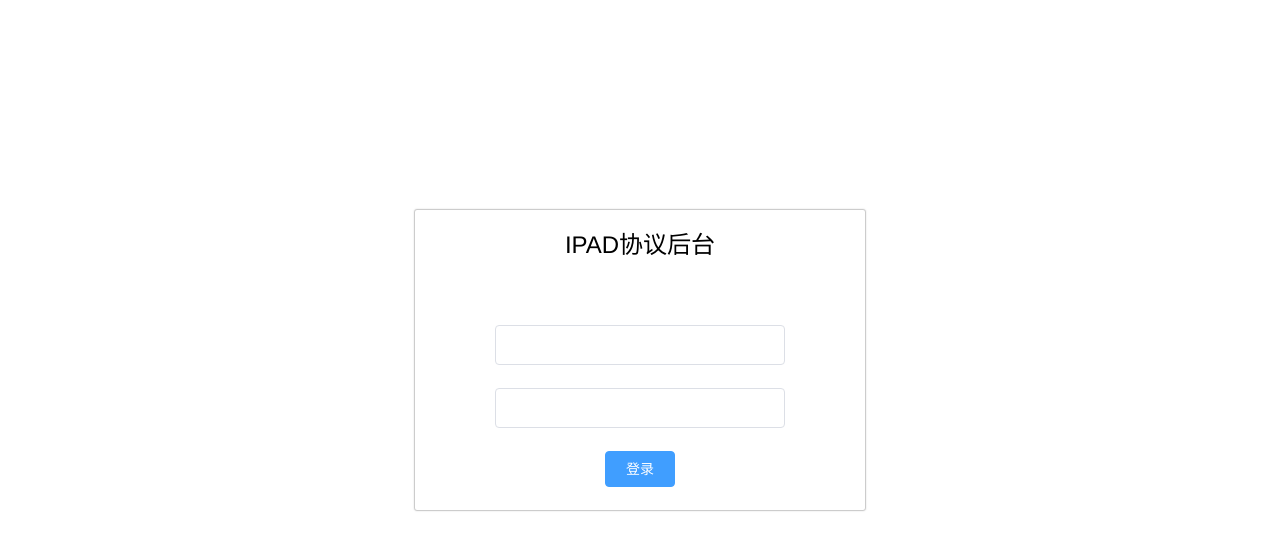
Repository: Iamanuan/ipad_admin
Page: /
An editor plug-in stored every save of this project. The page is shown before and after the next save, followed by the edit.
The browser window is 1280 px wide. The pictures show the whole page.
The project was rebuilt for these pictures with package versions that can differ from the ones it lists, and the page was loaded fresh each time. Also part of the build but not shown: vue.config.js.

Above is the page before, as saved 2020-05-07 13:48:47.

After the next save:
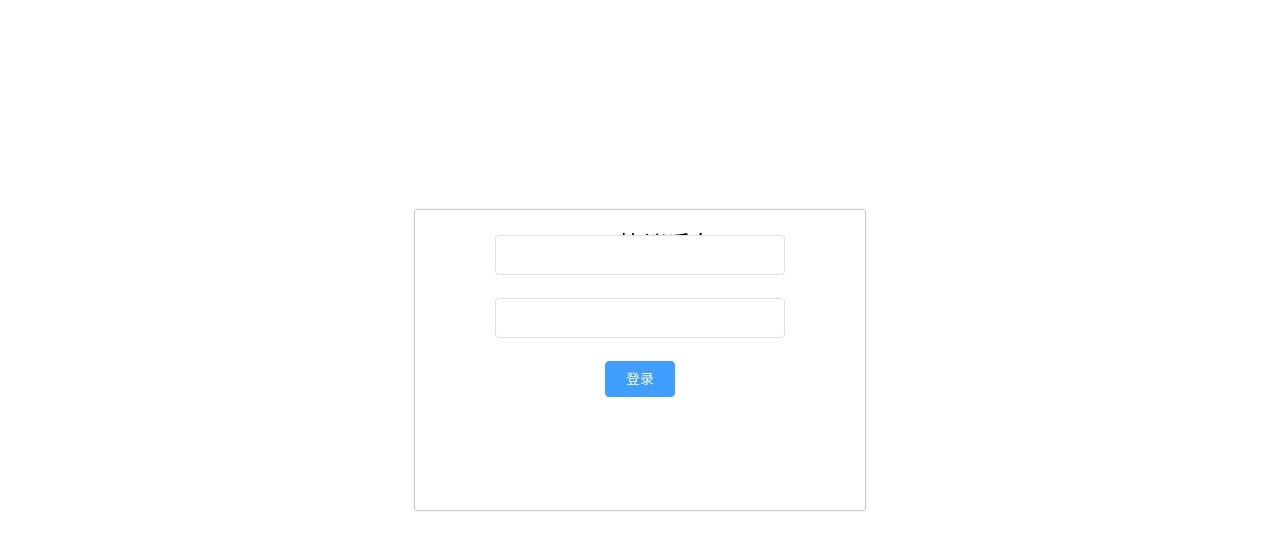
Saved 13 s later.
--- a/src/components/Login.vue
+++ b/src/components/Login.vue
@@ -57,7 +57,7 @@ export default {
 
 .login_form{
   position: absolute;
-  bottom: 0;
+  bottom: 30%;
   padding: 0 80px;
   width: 100%;
   box-sizing: border-box;
